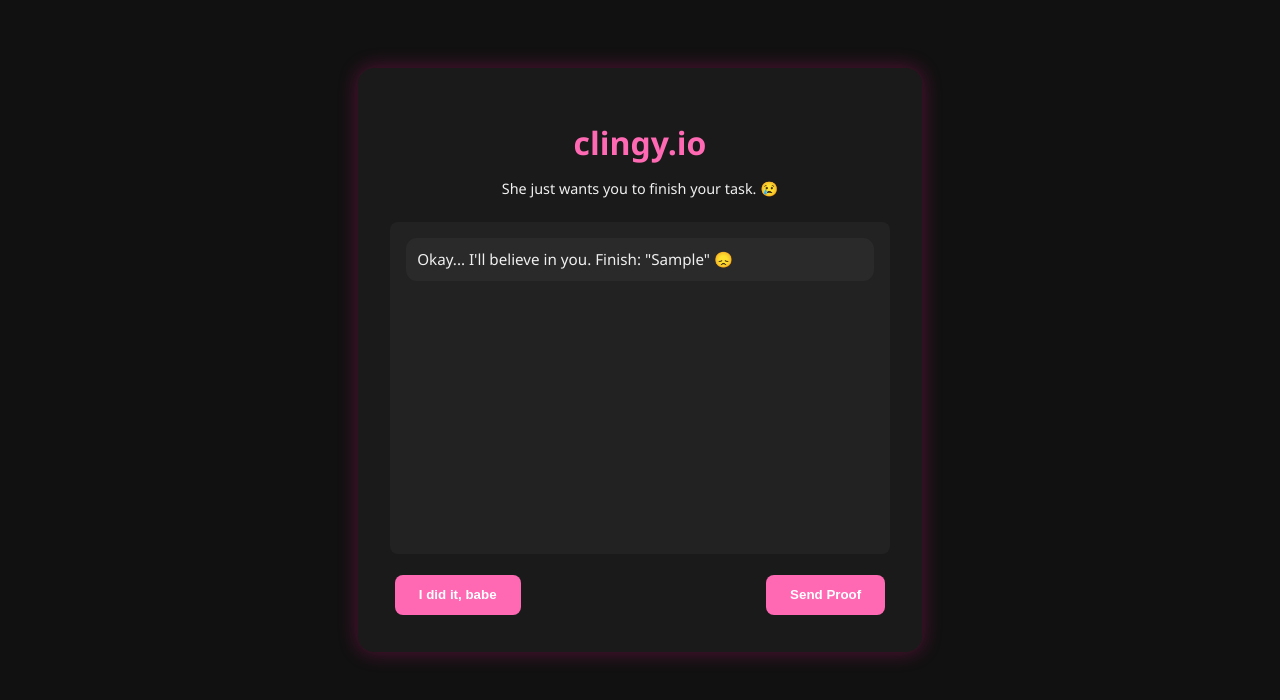
Repository: shreeyanshujha/clingy
Page: index.html
The author's editor kept a copy of each file at every save. The page is drawn from the files as they stood at one save, then again after the next save.
The browser window is 1280 px wide. The pictures show the whole page.
Empty fields were first filled with sample values (such as "Sample", 5 or name@example.com).
After loading, the first visible `button` was clicked once.

Above is the page before, as saved 2025-07-21 00:07:43.

After the next save:
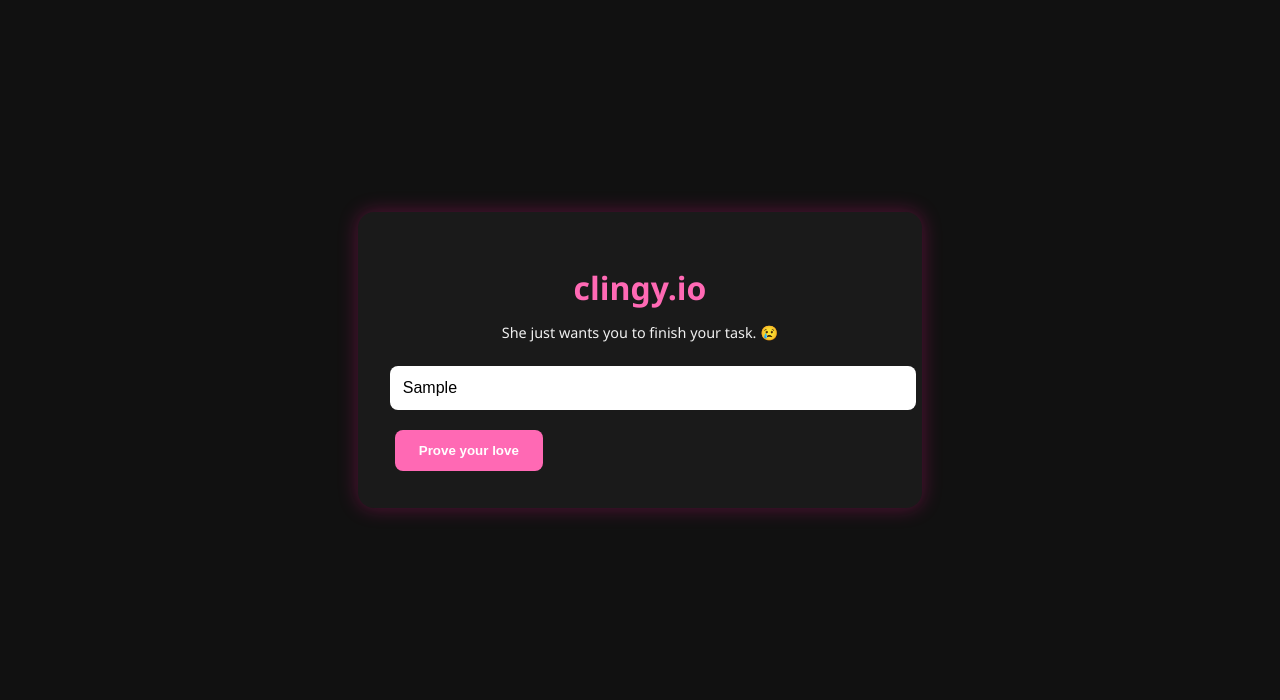
Console error: ReferenceError: startClingy is not defined
Saved 3 s later.
--- a/script.js
+++ b/script.js
@@ -1,33 +1,3 @@
-let interval;
-let chatBox = null;
-
-function startClingy() {
-  const task = document.getElementById("taskInput").value.trim();
-  if (!task) {
-    alert("Tell her what you're working on...");
-    return;
-  }
-
-  localStorage.setItem("task", task);
-  document.getElementById("taskInputSection").classList.add("hidden");
-  document.getElementById("chatContainer").classList.remove("hidden");
-  chatBox = document.getElementById("chatBox");
-
-  sendMessage(`Okay... I'll believe in you. Finish: "${task}" 😞`);
-
-  interval = setInterval(() => {
-    askClingyBot("Why aren't you done yet?");
-  }, 180000); // every 3 minutes
-}
-
-function sendMessage(msg) {
-  const messageDiv = document.createElement("div");
-  messageDiv.className = "message";
-  messageDiv.innerText = msg;
-  chatBox.appendChild(messageDiv);
-  chatBox.scrollTop = chatBox.scrollHeight;
-}
-
 function finishTask() {
   clearInterval(interval);
   askClingyBot("Hey babe, I finally finished my task.");
@@ -42,14 +12,20 @@
 }
 
 async function askClingyBot(userMessage) {
-  const response = await fetch("/api/clingy", {
-    method: "POST",
-    headers: {
-      "Content-Type": "application/json"
-    },
-    body: JSON.stringify({ userMessage })
-  });
+  try {
+    const response = await fetch("/api/clingy", {
+      method: "POST",
+      headers: {
+        "Content-Type": "application/json"
+      },
+      body: JSON.stringify({ userMessage })  // backend expects: { userMessage: "..." }
+    });
 
-  const data = await response.json();
-  sendMessage(data.reply || "She's too mad to talk right now 😤");
+    const data = await response.json();
+    sendMessage(data.reply || "She's too mad to talk right now 🥺");
+
+  } catch (error) {
+    console.error("API error:", error);
+    sendMessage("Something went wrong babe 😢");
+  }
 }
